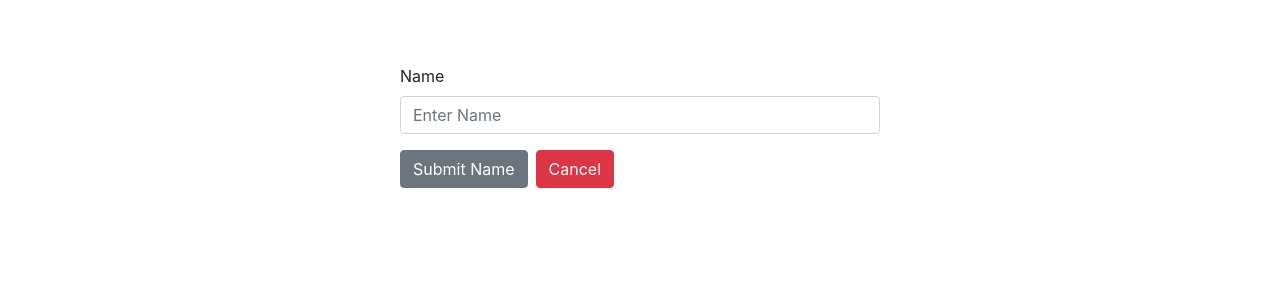
Repository: Abdaljawad-Aya/interview-task
Page: /add (app in javascriptArray/test/)
These files come from the project's save history. The page is drawn as it stood at one moment and after the next save; the edit follows.
The browser window is 1280 px wide. The pictures show the whole page.
Some web libraries are served in a nearby version. The project was rebuilt for these pictures with package versions that can differ from the ones it lists, and the page was loaded fresh each time. Also part of the build but not shown: javascriptArray/test/src/compnents/Heading.js, javascriptArray/test/src/compnents/UserList.js, javascriptArray/test/src/compnents/Home.js, javascriptArray/test/src/compnents/EditUser.js. Imported but missing from the stored project, and not drawn on this page: javascriptArray/test/src/context/GlobalState.

Above is the page before, as saved 2021-03-10 20:54:47.

### javascriptArray/test/public/index.html
<!DOCTYPE html>
<html lang="en">
  <head>
    <meta charset="utf-8" />
    <link rel="icon" href="%PUBLIC_URL%/favicon.ico" />
    <meta name="viewport" content="width=device-width, initial-scale=1" />
    <meta name="theme-color" content="#000000" />
    <meta
      name="description"
      content="Web site created using create-react-app"
    />
    <link rel="apple-touch-icon" href="%PUBLIC_URL%/logo192.png" />
    <!--
      manifest.json provides metadata used when your web app is installed on a
      user's mobile device or desktop. See https://developers.google.com/web/fundamentals/web-app-manifest/
    -->
    <link rel="manifest" href="%PUBLIC_URL%/manifest.json" />
    <!--
      Notice the use of %PUBLIC_URL% in the tags above.
      It will be replaced with the URL of the `public` folder during the build.
      Only files inside the `public` folder can be referenced from the HTML.

      Unlike "/favicon.ico" or "favicon.ico", "%PUBLIC_URL%/favicon.ico" will
      work correctly both with client-side routing and a non-root public URL.
      Learn how to configure a non-root public URL by running `npm run build`.
    -->

   <link rel="stylesheet" href="https://maxcdn.bootstrapcdn.com/bootstrap/4.0.0/css/bootstrap.min.css" integrity="sha384-Gn5384xqQ1aoWXA+058RXPxPg6fy4IWvTNh0E263XmFcJlSAwiGgFAW/dAiS6JXm" crossorigin="anonymous">
    <title>React App</title>
  </head>
  <body>
    <noscript>You need to enable JavaScript to run this app.</noscript>
    <div id="root"></div>
    <!--
      This HTML file is a template.
      If you open it directly in the browser, you will see an empty page.

      You can add webfonts, meta tags, or analytics to this file.
      The build step will place the bundled scripts into the <body> tag.

      To begin the development, run `npm start` or `yarn start`.
      To create a production bundle, use `npm run build` or `yarn build`.
    -->
      <script src="https://code.jquery.com/jquery-3.2.1.slim.min.js" integrity="sha384-KJ3o2DKtIkvYIK3UENzmM7KCkRr/rE9/Qpg6aAZGJwFDMVNA/GpGFF93hXpG5KkN" crossorigin="anonymous"></script>
    <script src="https://cdnjs.cloudflare.com/ajax/libs/popper.js/1.12.9/umd/popper.min.js" integrity="sha384-ApNbgh9B+Y1QKtv3Rn7W3mgPxhU9K/ScQsAP7hUibX39j7fakFPskvXusvfa0b4Q" crossorigin="anonymous"></script>
    <script src="https://maxcdn.bootstrapcdn.com/bootstrap/4.0.0/js/bootstrap.min.js" integrity="sha384-JZR6Spejh4U02d8jOt6vLEHfe/JQGiRRSQQxSfFWpi1MquVdAyjUar5+76PVCmYl" crossorigin="anonymous"></script>
  </body>
</html>

### javascriptArray/test/src/index.js
import React from 'react'
import ReactDOM from 'react-dom'
import App from './App'
// import { BrowserRouter as Router } from 'react-router-dom'

ReactDOM.render(
  <React.StrictMode>
    {/* <Router> */}
    <App />
    {/* </Router> */}
  </React.StrictMode>,
  document.getElementById('root'),
)

### javascriptArray/test/src/App.js
import React from 'react'
import { BrowserRouter as Router, Switch, Route } from 'react-router-dom'
import { Home } from './compnents/Home'
import { AddUser } from './compnents/AddUser'
import { EditUser } from './compnents/EditUser'

import 'bootstrap/dist/css/bootstrap.min.css'

function App() {
  return (
    <div className="App" style={{ maxWidth: '30rem', margin: '4rem auto' }}>
      <Router>
        <Switch>
          <Route
            path="/add"
            component={AddUser}
            class="navbar navbar-expand-lg navbar-dark bg-dark"
          />
          <Route path="/edit/:id" component={EditUser} />
          <Route exact path="/" component={Home} />
        </Switch>
      </Router>
    </div>
  )
}

export default App

// <nav class="navbar navbar-expand-lg navbar-dark bg-dark">
//             <a class="navbar-brand" href="#">
//               React
//             </a>
//             <button
//               class="navbar-toggler"
//               type="button"
//               data-toggle="collapse"
//               data-target="#navbarNavAltMarkup"
//               aria-controls="navbarNavAltMarkup"
//               aria-expanded="false"
//               aria-label="Toggle navigation"
//             >
//               <span class="navbar-toggler-icon"></span>
//             </button>
//             <div class="collapse navbar-collapse" id="navbarNavAltMarkup">
//               <div class="navbar-nav">
//                 <a class="nav-item nav-link active" href="#">
//                   <span class="sr-only">(current)</span>
//                 </a>
//                 <a class="nav-link" href="#"></a>
//                 <a class="nav-link" href="#"></a>
//               </div>
//             </div>
//           </nav>

### javascriptArray/test/src/compnents/AddUser.js
import React from 'react'
import { Link } from 'react-router-dom'
import { Form, FormGroup, Label, Input, Button } from 'reactstrap'
export const AddUser = () => {
  return (
    <Form>
      <FormGroup>
        <Label>Name</Label>
        <Input type="text" placeholder="Enter Name"></Input>
      </FormGroup>
      <Button type="submit">Submit Name</Button>
      <Link to="/" className="btn btn-danger ml-2">
        Cancel
      </Link>
    </Form>
  )
}

After the next save:
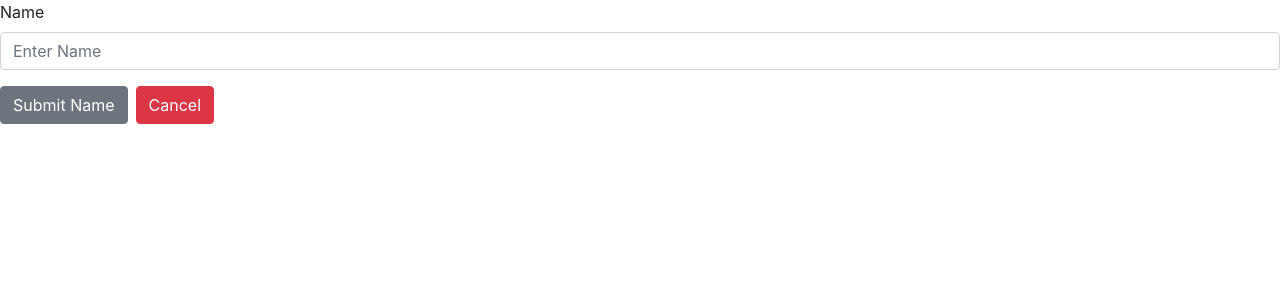
Saved 9 min 16 s later.
--- a/javascriptArray/test/src/App.js
+++ b/javascriptArray/test/src/App.js
@@ -8,7 +8,7 @@ import 'bootstrap/dist/css/bootstrap.min.css'
 
 function App() {
   return (
-    <div className="App" style={{ maxWidth: '30rem', margin: '4rem auto' }}>
+    <div className="App">
       <Router>
         <Switch>
           <Route

After the save that followed:
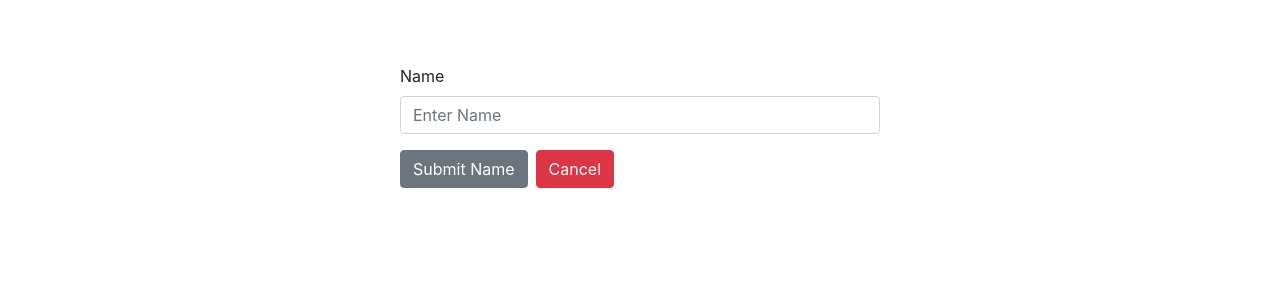
Saved 43 s later.
--- a/javascriptArray/test/src/compnents/AddUser.js
+++ b/javascriptArray/test/src/compnents/AddUser.js
@@ -3,7 +3,7 @@ import { Link } from 'react-router-dom'
 import { Form, FormGroup, Label, Input, Button } from 'reactstrap'
 export const AddUser = () => {
   return (
-    <Form>
+    <Form style={{ maxWidth: '30rem', margin: '4rem auto' }}>
       <FormGroup>
         <Label>Name</Label>
         <Input type="text" placeholder="Enter Name"></Input>
